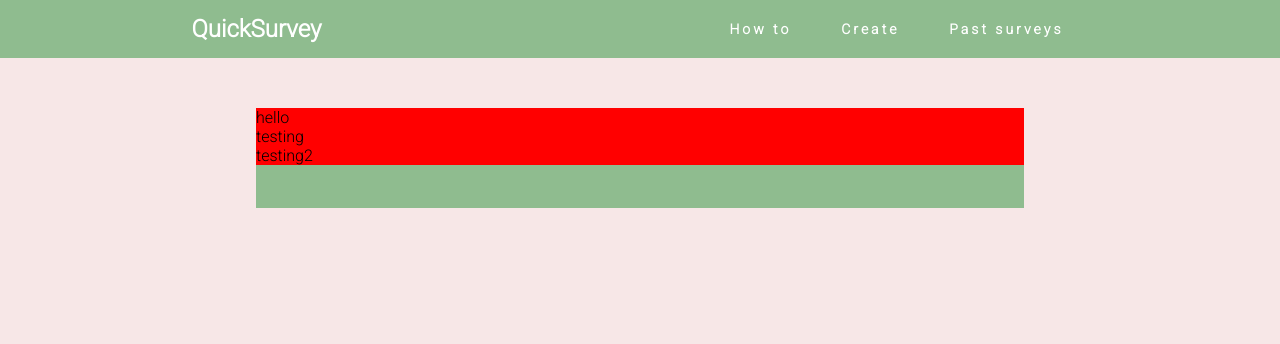
Repository: cakuang1/QuickSurvey
Page: pastsurveys.html
An editor plug-in stored every save of this project. The page is shown before and after the next save, followed by the edit.
The browser window is 1280 px wide. The pictures show the whole page.
Some web libraries are served in a nearby version.

Above is the page before, as saved 2022-01-06 21:50:15.
Console error: TypeError: Cannot read properties of null (reading 'cloneNode')

### pastsurveys.html
<!DOCTYPE html>
<html>
<head>
    <title>QuickSurvey</title>
    <link href="https://fonts.googleapis.com/css2?family=Roboto:wght@300&display=swap" rel="stylesheet">
    <meta charset="UTF-8">
    <link rel="stylesheet" href="style.css">
    <script src="app.js" defer></script>
    <script src="https://kit.fontawesome.com/71865f0e2e.js" crossorigin="anonymous"></script>


</head>

<body>
        <nav class="navbar">
            <div class = 'heading'>
                <h2 id = "logo">QuickSurvey</h2>
            </div>
            <ul class="nav-menu">
                <li><a href="index.html" >How to</a></li>
                <li><a href="create.html">Create</a></li>
                <li><a href="pastsurveys.html">Past surveys</a></li>
            </ul>
        </nav>

    </div>

    <div class="wrapper">
        <div class="holders">hello</div>
        <div class="holders">testing</div>
        <div class="holders">testing2</div>
        <div class="holders"></div>
        <div class="holders"></div>
        <div class="holders"></div>
        <div class="holders"></div>
    </div>
</body>

### style.css
* {
    box-sizing: border-box;
    margin: 0;
    padding: 0;
    font-family: 'Roboto', sans-serif;
}
body{
    background-color: #f7e7e7;


}
nav {
    display: flex;
    justify-content: space-around;
    align-items: center;
    min-height: 8vh;
    background-color: darkseagreen;
}

.nav-menu {
    display: flex;
    justify-content: space-around;
    width: 30%;
}


.creates {
    text-align: center;
    max-width: 140px;
    height:70px;

    padding: 0;
    border-color: darkseagreen;
    color: #000;
    font-size: 12px;
}
.nav-menu li {
    list-style: none;
}
.nav-menu a{
    color:white;
    text-decoration: none;
    letter-spacing: 3px;
    font-weight: bold;
    font-size: 14px;
    padding: 14px 16px;

}
.nav-menu li a:hover:not(.active){
    background-color: lightseagreen;
}
.nav-ment li a.active {
    background-color: darkseagreen;
}



.namecontainer {
    background-color: white;
    width: 50%;
    margin: auto;
    margin-bottom: 1em;
    margin-top: 1em;
    border-top: 7px solid darkseagreen;
    height: 125px;

}

.namecontainer:active {
    background-color: red;
}

.namecontainer input {
    width: 90%;
    height: 50px;
    background: transparent;
    border-top: none;
    border-right: none;
    border-left: 2px solid darkseagreen;
    border-bottom: 2px solid darkseagreen;
    font-size: 35px;
    outline: none;
    padding-top: 20px;
    display: inline-block
}
.adds {
    border: none;
}

h1 {
    text-indent: 10px;
    color:  darkseagreen;
}

form {
    padding-left: 10px;
}
.fas {
    color: gray;
    font-size: 30px;

}
.fas:hover {

    color: darkseagreen;
}

#home {
    background-color: rgb(176, 226, 176);
}

#logo {
    color: white;
}

#listcontainer {
    padding-top: 100px;
    width: fit-content;
    margin: auto;

}

ol {
    padding-top: 25px;
}

ol li {
    font-size: 50px;
    color: white;

}

.formdiv {
    background-color: white;
    width: 50%;margin: auto;margin-bottom: 1em; margin-top: 1em;border-top: 7px solid darkseagreen;
    text-align: center;
    height: 150px;
}
.formdiv form {
    height: auto;
}

.formdiv {

}

.formdiv form input{
    height: 30px;
    border: none;
    width: 80%;


}
.wrapper {
    background-color: darkseagreen;
    display: flex;
    flex-direction: column;
    min-height: 100px;
    width: 60%;
    margin: auto;
    margin-top: 50px;

}
.wrapper .holders {
    background-color:red;
    margin:
}

### app.js
//selectors
let addbutton = document.querySelector(".adds");
const list = document.querySelector("div");
const endbutton =document.querySelector(".creates");
let questionsdivs = document.querySelectorAll(".formdivs")
let array = [];

// creatinig formstruction
const formstructure = document.createElement('select');
const option1 = document.createElement('option');
const option2 = document.createElement('option');
const option3 = document.createElement('option');
option1.innerText = "True or False";
option2.innerText = "Yes or No";
option3.innerText = "Multiple choice";
formstructure.appendChild(option1);
formstructure.appendChild(option2);
formstructure.appendChild(option3);



// creating question container
let newdiv = document.createElement("div");
let linebreak = document.createElement("br");
let linebreak2 = document.createElement("br");
let newform = document.createElement("form");
let inp = document.createElement("input");
    inp.setAttribute("placeholder","Question")
let fcopy = formstructure.cloneNode(true);
let butt = addbutton.cloneNode(true);

newdiv.appendChild(newform);
newform.appendChild(inp);
newform.appendChild(fcopy);
newdiv.appendChild(linebreak);
newdiv.appendChild(butt);
newdiv.appendChild(linebreak2);

newdiv.classList.add("formdiv");


addbutton.addEventListener("click",addanother)
function addanother() {
    let clone = newdiv.cloneNode(true);
    let selectedbutton = clone.childNodes[2];
    selectedbutton.classList.add("questionsbuttons");


    document.body.appendChild(clone);
    document.body.appendChild(endbutton);
    array.push(newdiv);
    console.log(array);
}



let formselector = document.querySelectorAll('formdiv')

function emptyinput(input) {
    if (inputtxt.value.length == 0)
    {
        return true;
    }
    else {
        return false;

    }
}

After the next save:
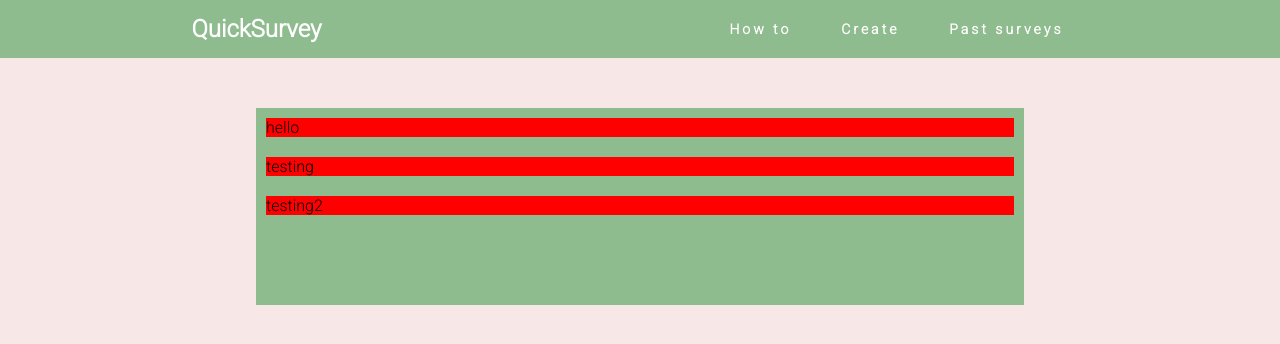
Saved 6 s later.
--- a/style.css
+++ b/style.css
@@ -163,5 +163,5 @@ ol li {
 }
 .wrapper .holders {
     background-color:red;
-    margin:
+    margin:10px;
 }
